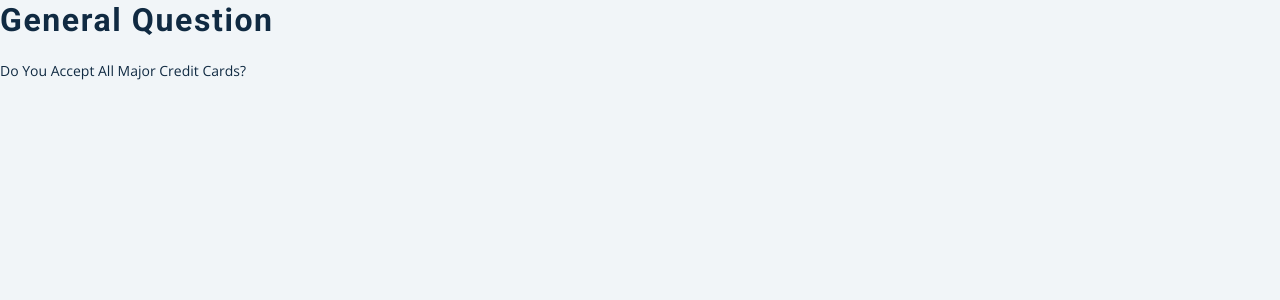
Repository: OmniaRafat232111121/projects-js
Page: questions/index.html
The author's editor kept a copy of each file at every save. The page is drawn from the files as they stood at one save, then again after a run of saves.
The browser window is 1280 px wide. The pictures show the whole page.
Some web libraries are served in a nearby version.

Above is the page before, as saved 2023-01-02 22:02:32.

After the next 2 saves:
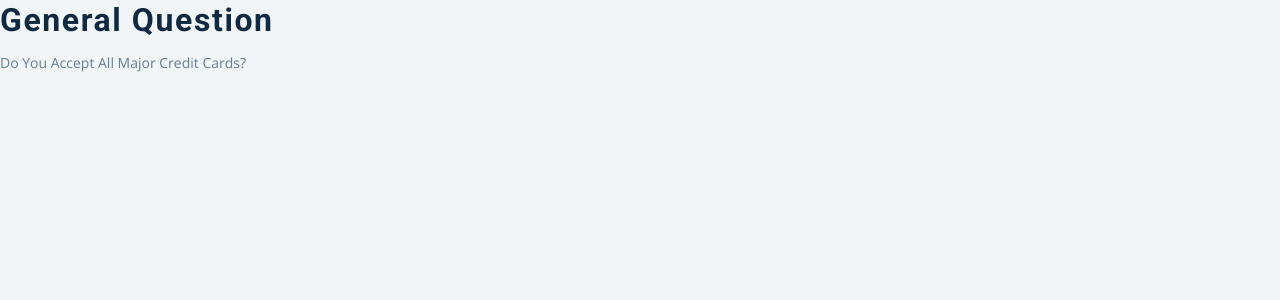
The 2 saves are shown as one change because they came seconds apart.
The last was saved 6 s later.
--- a/questions/index.html
+++ b/questions/index.html
@@ -23,7 +23,7 @@
   <div class="section-question">
       <article class="question">
         <div class="question-title">
-         <p></p> Do You Accept All Major Credit Cards?
+         <p>Do You Accept All Major Credit Cards?</p>
 
         </div>
 
